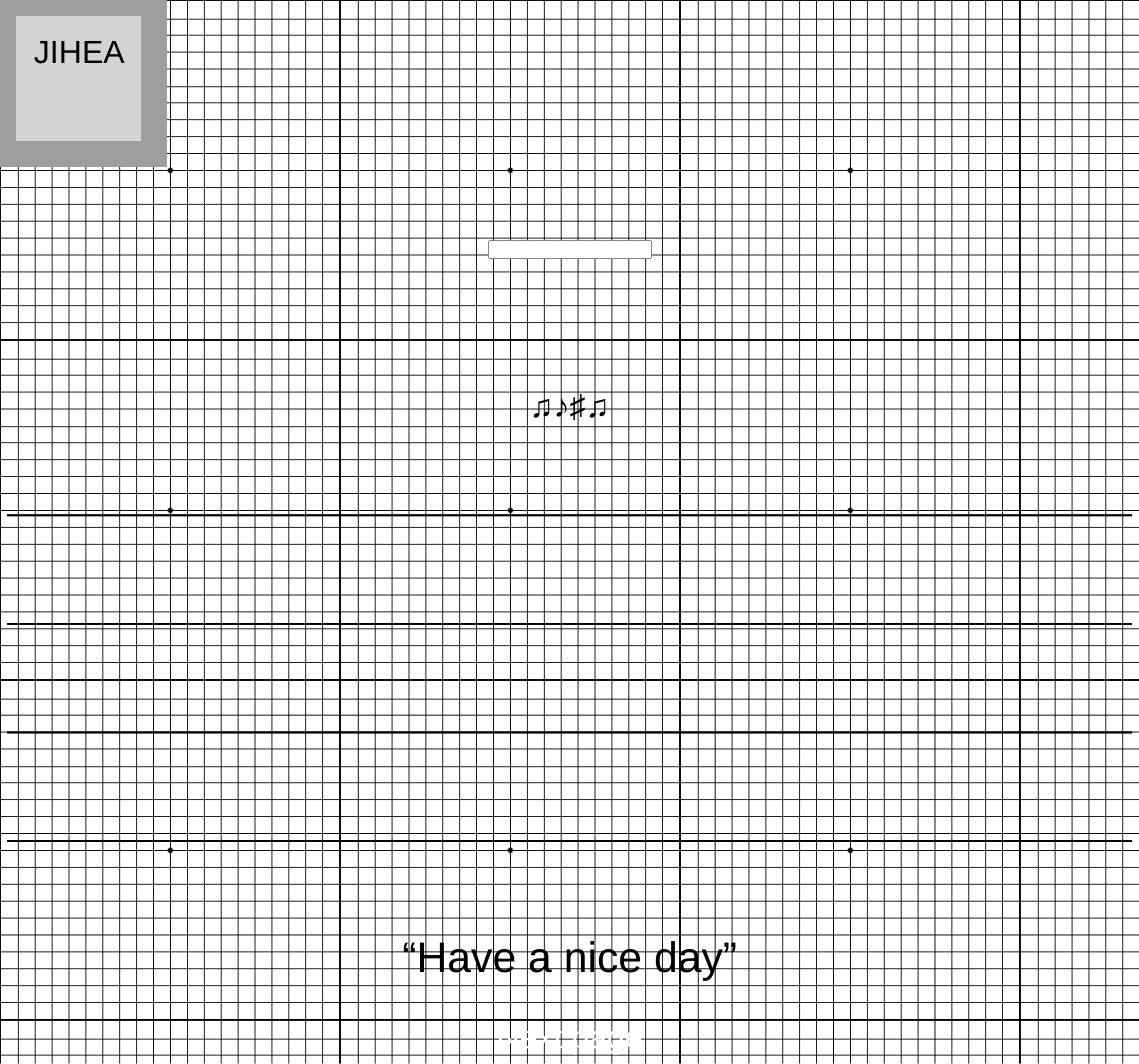
Repository: jangj879/jangj879.github.io
Page: 2_page.html
The author's editor kept a record of every edit. The page is drawn from the files as they stood at one moment, then again after the next edit.
The browser window is 1280 px wide. The pictures show the whole page, at 89% of full size.
Pictures or frames that could not be fetched are drawn as grey boxes.

Above is the page before.

### 2_page.html
<!DOCTYPE html>
<html>
<header>
    <link href="style2.css" rel="stylesheet">

<head>
<style>
div {
    width: 100px;
    height: 100px;
    background: black;
    position: relative;
    -webkit-animation: mymove 5s infinite; /* Chrome, Safari, Opera */
    animation: mymove 5s infinite;
}

/* Chrome, Safari, Opera */
@-webkit-keyframes mymove {
    from {left: 0px;}
    to {left: 200px;}
}

@keyframes mymove {
    from {left: 0px;}
    to {left: 200px;}
}
</style>

<style>
div {
    background-color: lightgrey;
    border: 30px solid transparent;
    border-image: url('border.png');
    border-image-slice: 40;
    border-image-outset: 20px;
}
</style>
</head>
<body>

<div>JIHEA</div>

</body>

    <br>
    </br>
    <input type=text></input>
    <br></br>


    <P>&#9835;&#9834;&#9839;&#9835;</P>

    <hr color="#000000"></hr>
    <br></br>
    <hr color="#000000"></hr>
    <br></br>
    <hr color="#000000"></hr>
    <br></br>
    <hr color="#000000"></hr>

    <br>
    </br>

    <font size="17">&#8220;Have a nice day&#8221;</font>

    <br></br>

    <a href="3_page">Next page</a>

	<head>
		<title>"Jihea's page"</title>
        </style>


    </html>

### style2.css
body {
    background-image: url("amsler-grid.gif");;
    color: black;
    font-size: 36px;
    font-family: Helvetica, Arial, sans-serif;
    text-align: center;
}


p {
    margin: 100px;
}

.paragraph2 {
    color: #5ef645;
}

.one {
    width: 200px;
    height: 200px;
    background-color: yellow;
    position: fixed;
    bottom: 20px;
    right: 100px;
    border-radius: 100px;
    border: solid red 10px
}

.one:hover {
    background-color: lime;
}

a:link {
    color: white;
    text-decoration: none;
}

a:hover {
    color: red;
}

After the next edit:
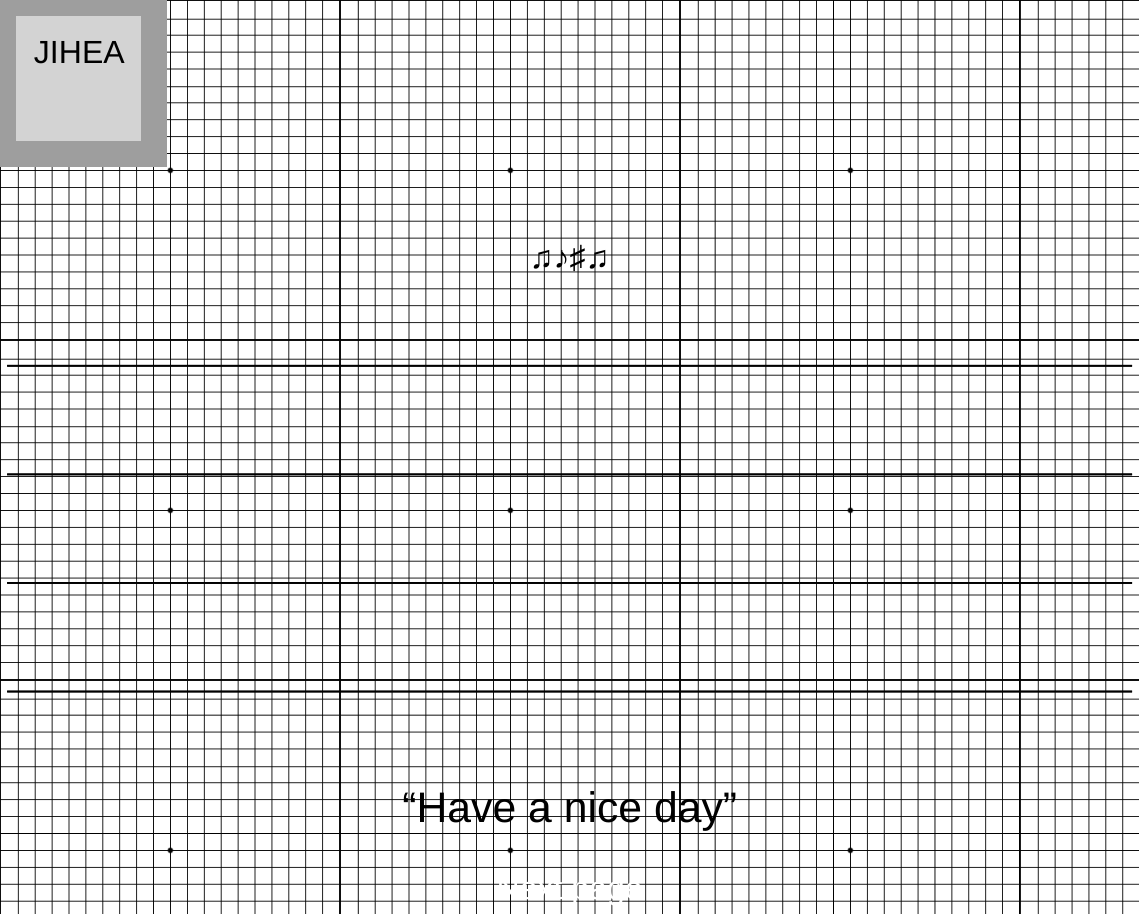
The edit:
--- a/2_page.html
+++ b/2_page.html
@@ -42,10 +42,7 @@
 
 </body>
 
-    <br>
-    </br>
-    <input type=text></input>
-    <br></br>
+
 
 
     <P>&#9835;&#9834;&#9839;&#9835;</P>
